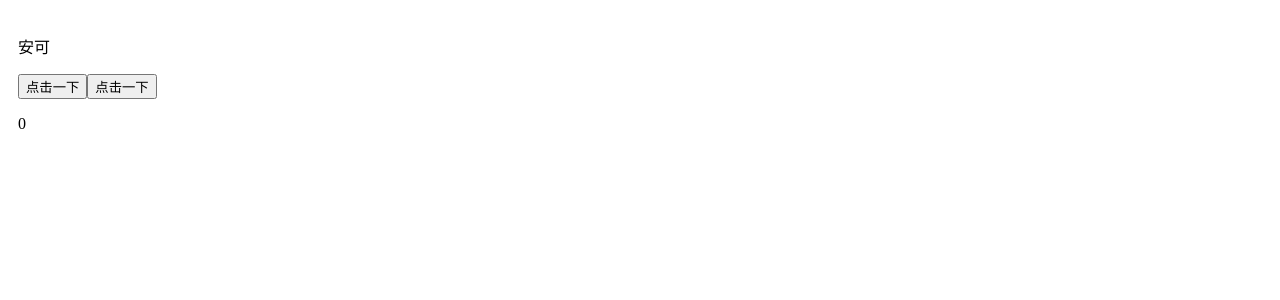
Repository: weianke/bike-admin
Page: /
An editor plug-in stored every save of this project. The page is shown before and after the next save, followed by the edit.
The browser window is 1280 px wide. The pictures show the whole page.
The project was rebuilt for these pictures with package versions that can differ from the ones it lists, and the page was loaded fresh each time. Also part of the build but not shown: src/pages/demo/index.css.

Above is the page before, as saved 2018-09-16 15:28:59.

### src/index.js
import React from 'react';
import ReactDOM from 'react-dom';
import './index.css';
import Life from './pages/demo/life';
import registerServiceWorker from './registerServiceWorker';

ReactDOM.render( < Life / > , document.getElementById('root'));
registerServiceWorker();

### src/pages/demo/life.js
import React from 'react'

export default class Life extends React.Component {
  constructor(props) {
    super(props);
    this.state = {
      count: 0
    };
  }

  handleAdd = () => {
    this.setState({
      count: this.state.count + 1
    })
  }

  handleClick() {

  }

  render() {
    var style = {
      padding: 10
    }
    return <div style = {style} >
      <p>安可</p>
      <button onClick={this.handleAdd}>点击一下</button>
      < button onClick = {this.handleClick.bind(this)} >点击一下</button>
      <p>{this.state.count}</p>
    </div>
  }
}

Loaded but not shown: public/index.html (common file); src/registerServiceWorker.js (common file)

After the next save:
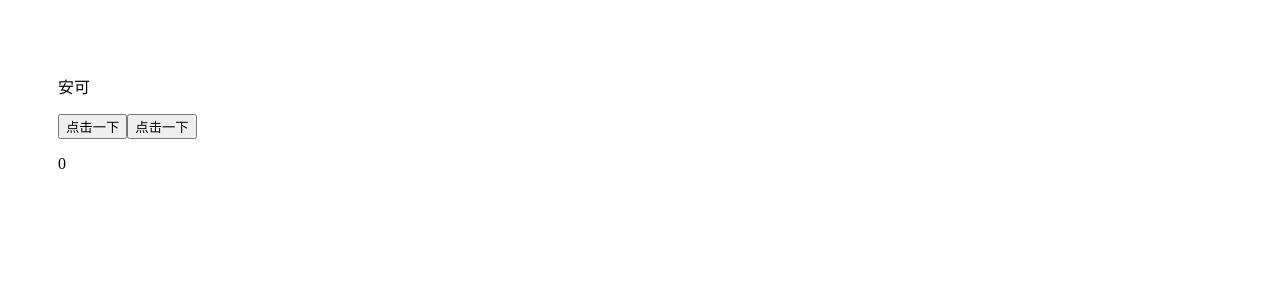
Saved 6 min 33 s later.
--- a/src/pages/demo/life.js
+++ b/src/pages/demo/life.js
@@ -20,7 +20,7 @@ export default class Life extends React.Component {
 
   render() {
     var style = {
-      padding: 10
+      padding: 50
     }
     return <div style = {style} >
       <p>安可</p>
